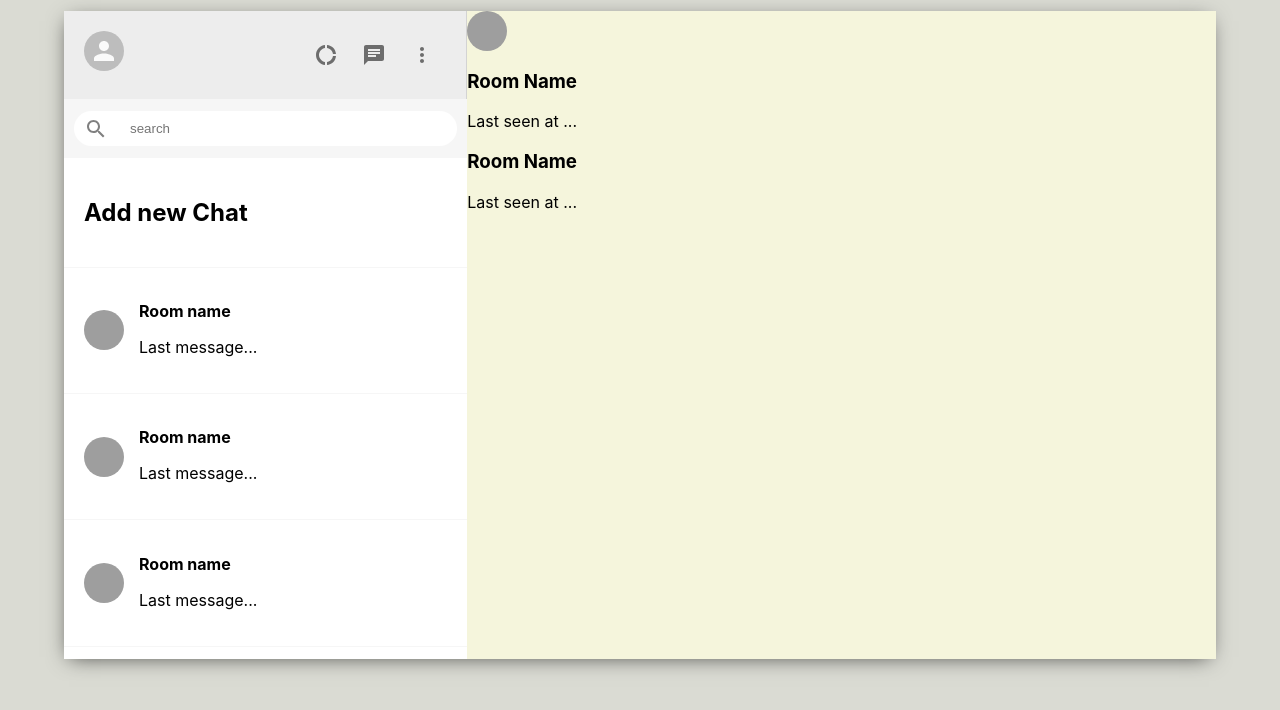
Repository: om1ars/functinal-chat
Page: /
These files come from the project's save history. The page is drawn as it stood at one moment and after a run of saves; the edit follows.
The browser window is 1280 px wide. The pictures show the whole page.
Pictures or frames that could not be fetched are drawn as grey boxes. The project was rebuilt for these pictures with package versions that can differ from the ones it lists, and the page was loaded fresh each time.

Above is the page before, as saved 2021-11-22 14:23:39.

After the next 3 saves:
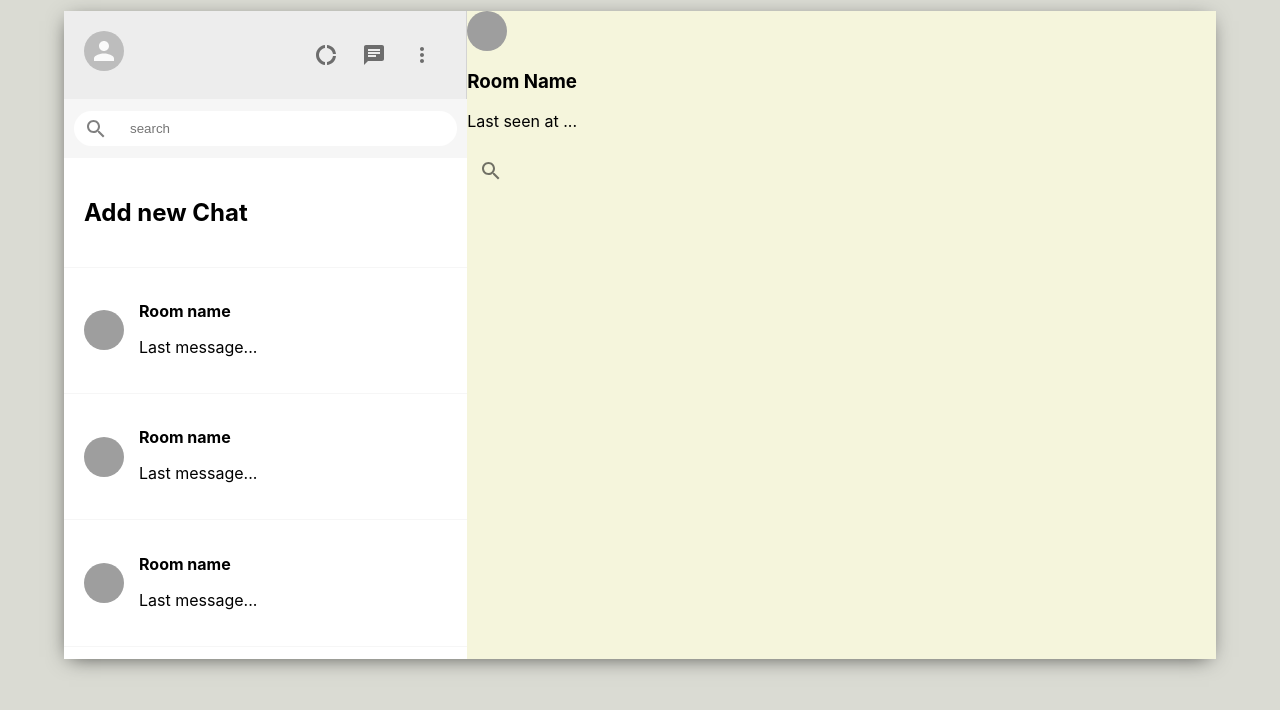
The 3 saves are shown as one change because they came seconds apart.
The last was saved 13 s later.
--- a/src/components/Chat.js
+++ b/src/components/Chat.js
@@ -1,4 +1,5 @@
-import { Avatar } from "@material-ui/core";
+import { Avatar, IconButton } from "@material-ui/core";
+import { SearchOutlined } from "@material-ui/icons";
 import React, { useEffect } from "react";
 import "./Chat.css";
 
@@ -19,8 +20,12 @@ export default function Chat() {
           <p>Last seen at ...</p>
         </div>
         <div className="chat__headerRight">
-          <h3>Room Name</h3>
-          <p>Last seen at ...</p>
+        <IconButton>
+            <SearchOutlined />
+        </IconButton>
+        <IconButton></IconButton>
+        <IconButton></IconButton>
+        <IconButton></IconButton>
         </div>
       </div>
       <div className="chat__footer"></div>
